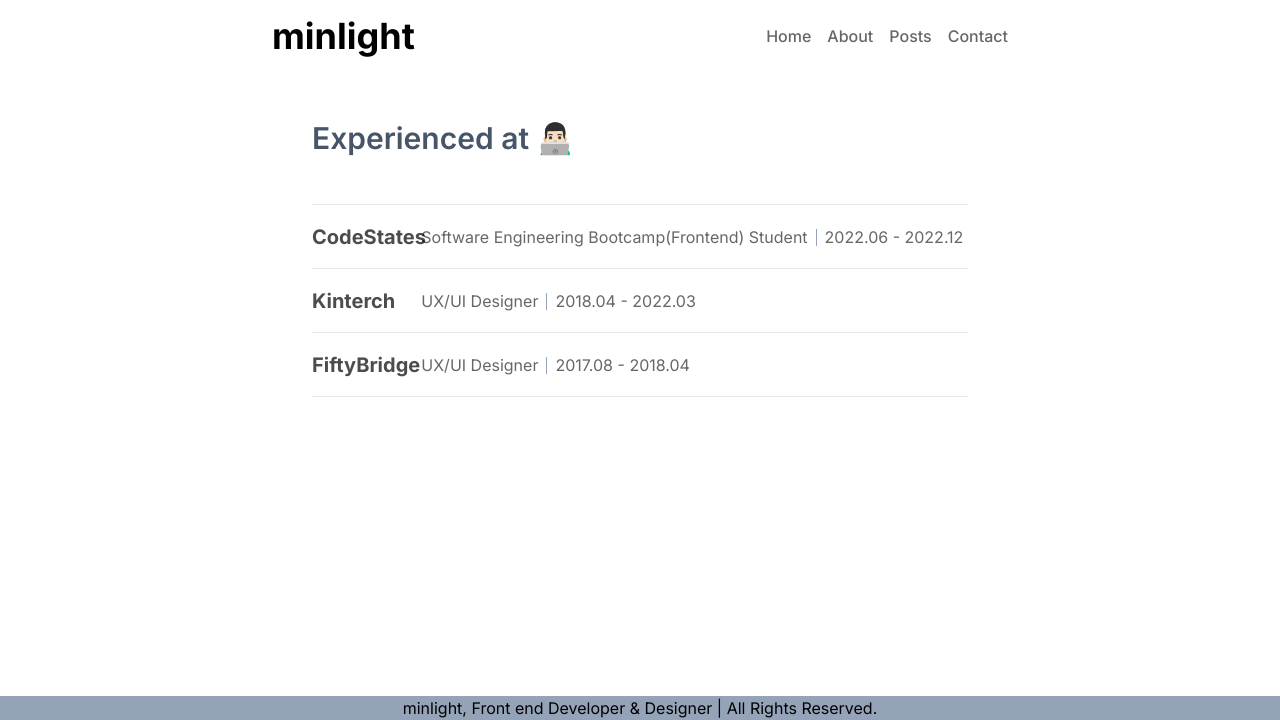
Repository: kwngmin/minlight-blog
Page: /about
These files come from the project's save history. The page is drawn as it stood at one moment and after the next save; the edit follows.
The browser window is 1280 px wide. The pictures show the whole page.
The project was rebuilt for these pictures with package versions that can differ from the ones it lists, and the page was loaded fresh each time. The framework's server and built-in components were replaced by stand-ins that run in the browser. Also part of the build but not shown: next.config.js.

Above is the page before, as saved 2023-04-01 01:13:07.

After the next save:
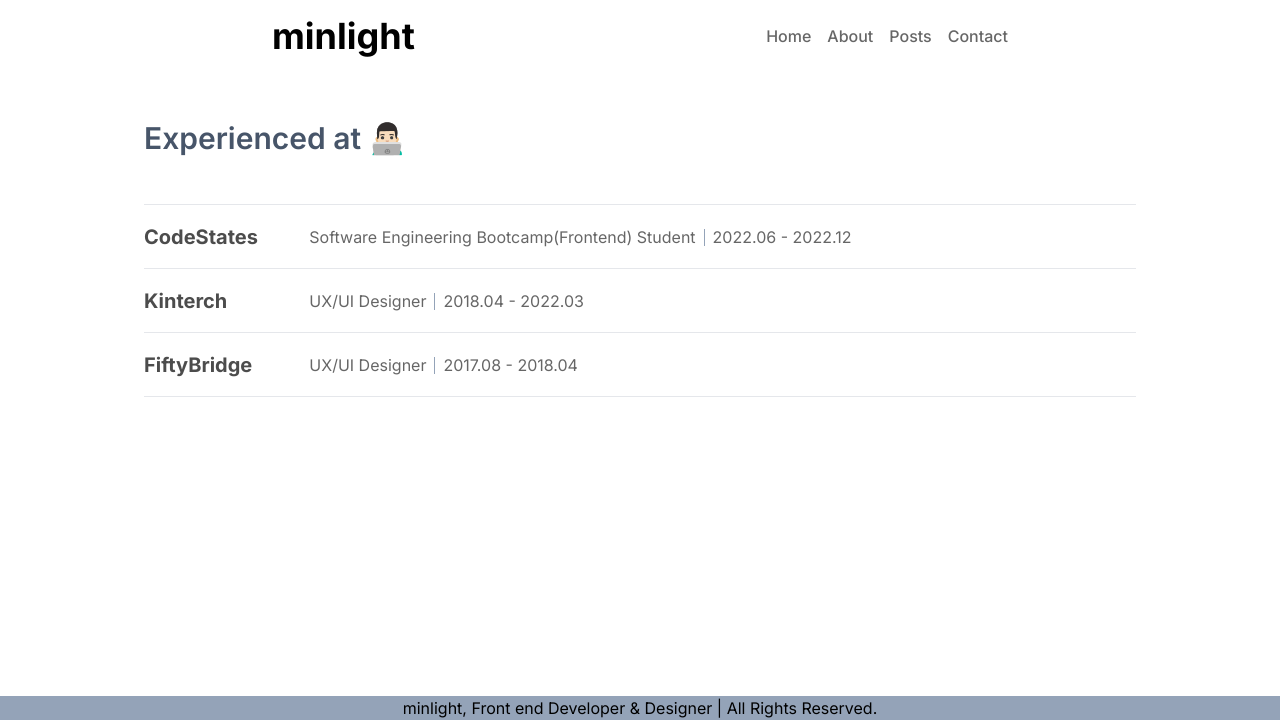
Saved 58 s later.
--- a/src/app/layout.tsx
+++ b/src/app/layout.tsx
@@ -19,7 +19,7 @@ export default function RootLayout({
     <html lang="en" className={inter.className}>
       <body className="flex flex-col">
         <Header />
-        <main className="grow px-4 pb-8 max-w-screen-lg mx-auto">
+        <main className="w-full grow px-4 pb-8 max-w-screen-lg mx-auto">
           {children}
         </main>
         <Footer />
